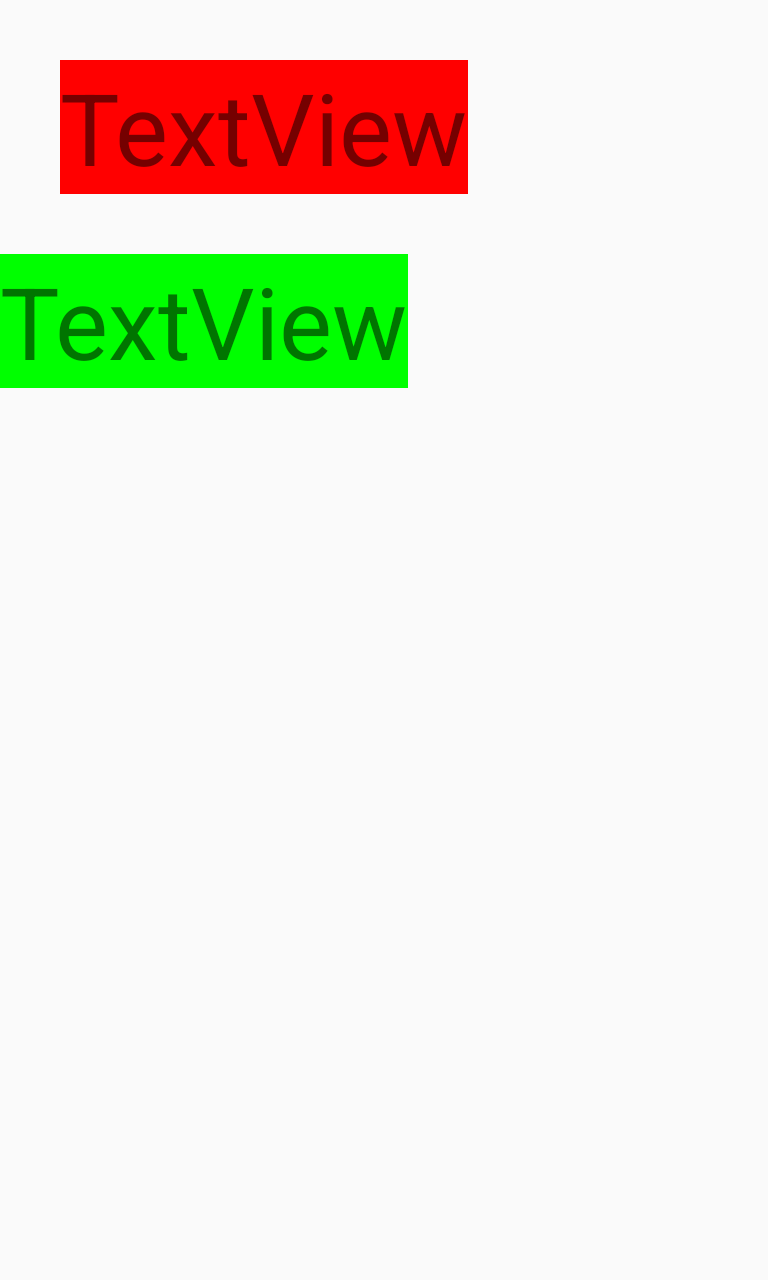
Repository: anqiongdy/androidworkspace
Layout: Layout/res/layout/first_layout.xml
An editor plug-in stored every save of this project. The layout is shown before and after the next save, followed by the edit.
It is drawn on a 768 x 1280 px phone screen (xhdpi) without system bars, with theme AppTheme; the app's code is not run.

Above is the layout before, as saved 2014-05-03 14:02:16.

### Layout/res/layout/first_layout.xml
<?xml version="1.0" encoding="utf-8"?>
<LinearLayout xmlns:android="http://schemas.android.com/apk/res/android"
    android:layout_width="match_parent"
    android:layout_height="match_parent"
    android:orientation="vertical" >
    <TextView
        android:layout_width="wrap_content"
        android:layout_height="wrap_content"
        android:background="#FF0000"
        android:layout_margin="30dp"
        android:textSize="50dp"
        android:text="TextView"/>

        <TextView
        android:layout_width="wrap_content"
        android:layout_height="wrap_content"
        android:background="#00FF00"
        android:textSize="50dp"
        android:text="TextView"/>

</LinearLayout>

Loaded but not shown: Layout/res/values/styles.xml (common file); Layout/res/values-v11/styles.xml (common file); Layout/res/values-v14/styles.xml (common file)

After the next save:
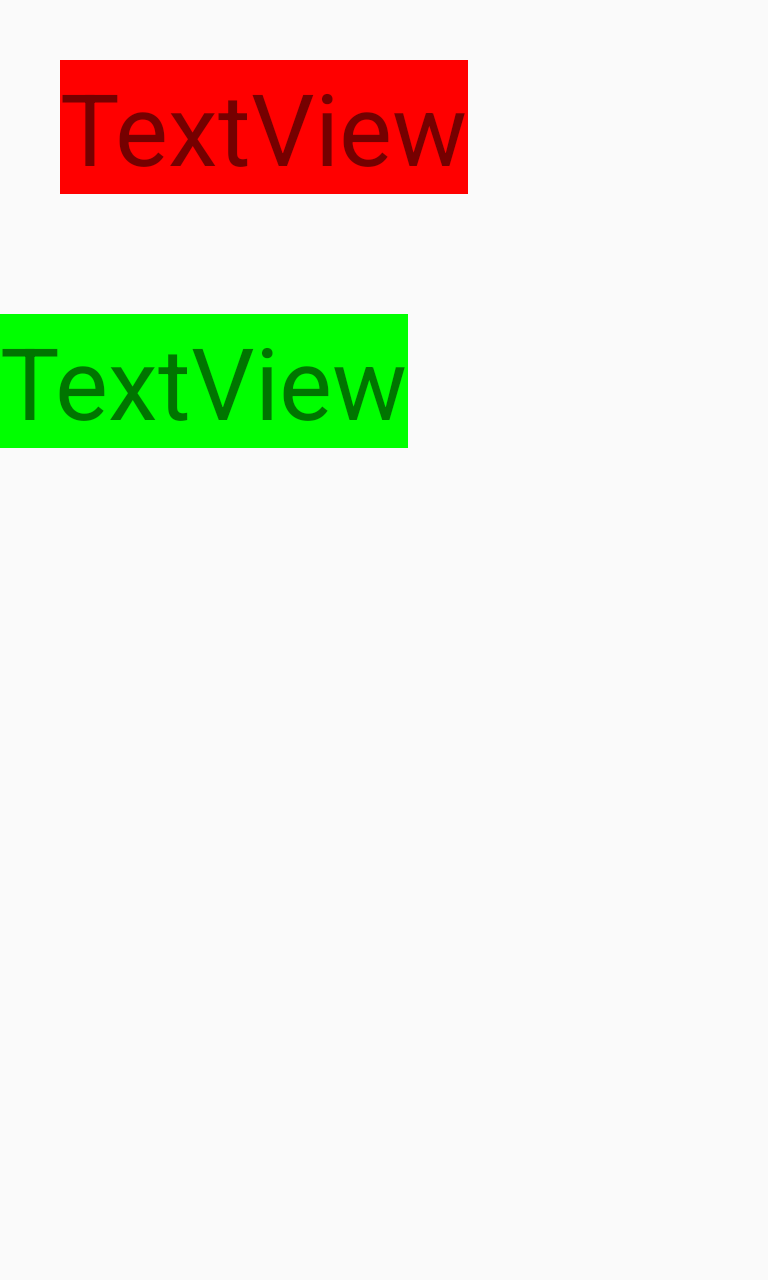
Saved 3 min 34 s later.
--- a/Layout/res/layout/first_layout.xml
+++ b/Layout/res/layout/first_layout.xml
@@ -15,6 +15,7 @@
         android:layout_width="wrap_content"
         android:layout_height="wrap_content"
         android:background="#00FF00"
+        android:layout_marginTop="30dp"
         android:textSize="50dp"
         android:text="TextView"/>
 
